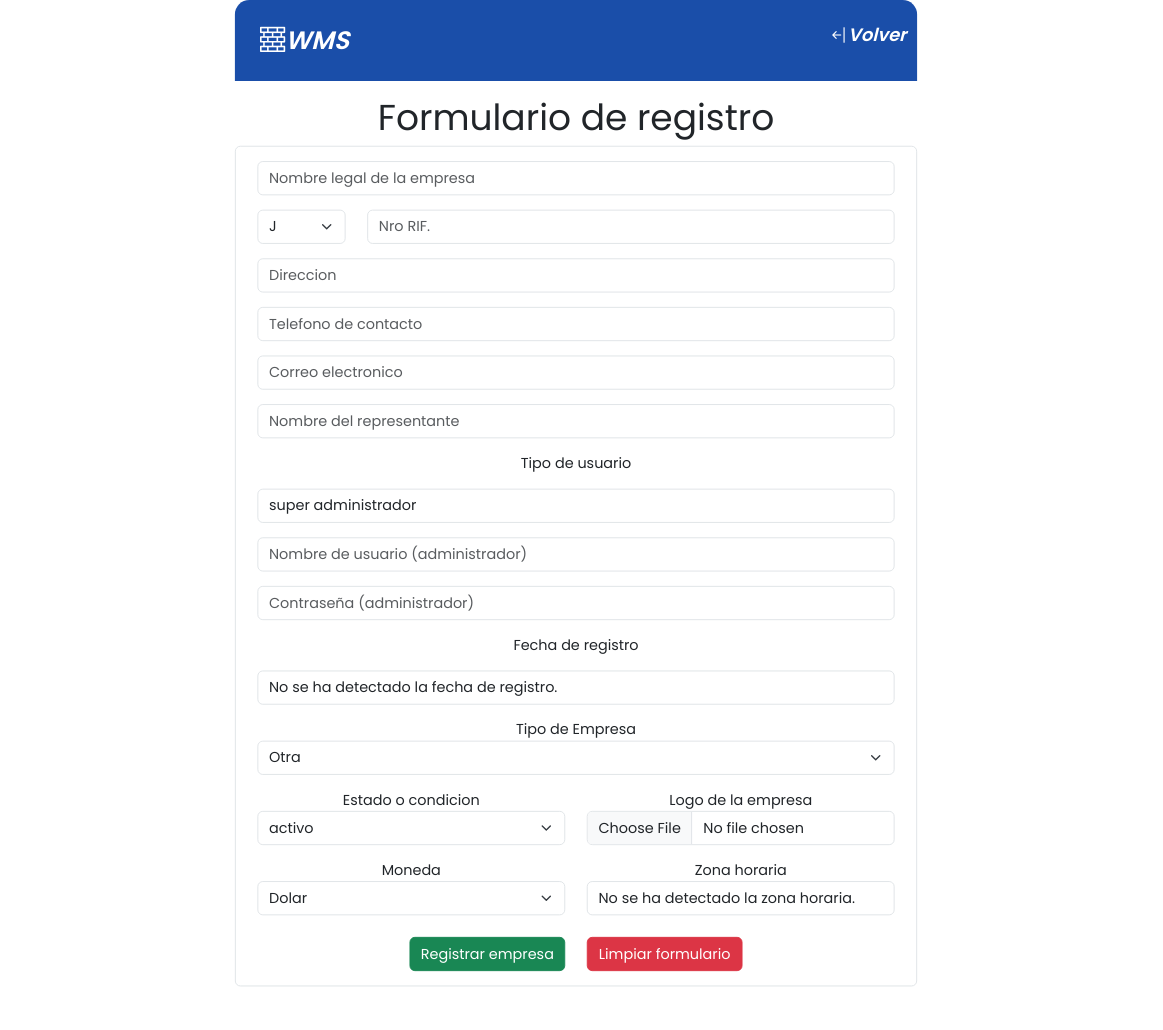
Repository: Rafa-x64/Gestion_inventario_practica
Page: http://localhost/Gestion_inventario/index.php?page=registro-empresa
These files come from the project's save history. The page is drawn as it stood at one moment and after a run of saves; the edit follows.
The browser window is 1280 px wide. The page is 1280 px wide, then 1292 px, so the pictures cover 1292 px, including what lies to the right of the window. The pictures show the whole page, at 90% of full size.
The page is run by PHP 8.4 with error messages shown; the project is at /var/www/html/.

Above is the page before, as saved 2025-08-07 13:57:29.

### index.php
<?php
require_once "config/app.php";
require_once "controller/vistaC.php";

$controlador = new vistaC();
$controlador->cargarVista();

### config/app.php
<?php

const SERVERURL = "http://localhost/Gestion_inventario/";

const NOMBRE_APLICACION = "WMS";

const MONEDA = ["bolivar" => "Bs.", "dolar" => "$", "euro" => "€"];

date_default_timezone_set("America/Caracas");

### controller/vistaC.php
<?php
require_once("./model/vistaM.php"); //debe incluir el codigo del modelo

class vistaC extends vistaM //extiende del modelo para usar sus metodos
{

    public function cargarVista() //funcion que carga la vista segun la url que se obtiene como parametro
    {
        if (isset($_GET["page"])) { //page es el parametro especificado en .htaccess
            $vista = self::obtenerVista($_GET["page"]); //se asigna esa url a vista si esta establecido
        } else {
            $vista = "inicio-view.php"; //se muestra el inicio si no esta establecido el parametro en la url
        }

        require("view/plantilla.php"); //se requiere la plantilla para poder mostrar esa vista
    }
}

### model/vistaM.php
<?php

class vistaM
{
    //metodo que obtiene la vista que se le asigna en $pagina
    protected static function obtenerVista($pagina) //recive una variable pagina
    {
        //lista de paginas del proyecto
        $paginas_existentes = ["404", "inicio-sesion", "inicio", "registro-empresa", "dashboard-admin", "dashboard-empleado-admin", "dashboard-empleado-vendedor", "añadir-empleado"]; //lista de paginas del proyecto

        if (!in_array($pagina, $paginas_existentes)) { //si no esta en el array entonces...
            return "404-view.php"; //pagina de 404
            exit();
        }

        return $pagina . "-view.php"; //retorna $pagina-view para ser abierta por el controlador si esa pagina existe en la lista
    }
}

### view/plantilla.php
    <?php

    //aqui se ejecuta la vista y se muestran los includes si la pagina cumple cierta condicion
    include_once("./model/mainModel.php");

    session_start();

    $rol = null;
    if (isset($_SESSION["ROL"]) && is_string($_SESSION["ROL"])) {
        $rol = mainModel::desencriptar_dato($_SESSION["ROL"]);
    }

    // Listado de vistas que NO deben incluir ningún header
    $vistas_sin_header = [
        "404-view.php",
        "inicio-sesion-view.php",
        "registro-empresa-view.php",
        "inicio-view.php"
    ];

    include("view/includes/links.php");

    // Verifica si la vista actual está entre las que no llevan header
    if (in_array($vista, $vistas_sin_header)) {
        include("php/" . $vista);
    } else {
        // Header según rol
        switch ($rol) {
            case "super administrador":
                require("view/includes/header-admin.php");
                break;
            case "empleado administrador":
                require("view/includes/header-empleado-admin.php");
                break;
            case "empleado vendedor":
                require("view/includes/header-empleado-vendedor.php");
                break;
            default:
                // Opcional: header genérico o sin header
                break;
        }

        include("php/" . $vista);
        require("view/includes/footer.html");
    }

    include("view/includes/scripts.php");
    ?>

### model/mainModel.php
<?php

include_once("./config/server.php");

class mainModel
{

    //--------------------conexion a la base de datos-------------------------
    protected static function conectar_base_datos()
    {
        try {
            $con = new PDO(SGBD, USUARIO, CONSTRASEÑA, [
                PDO::ATTR_ERRMODE => PDO::ERRMODE_EXCEPTION,
                PDO::ATTR_DEFAULT_FETCH_MODE => PDO::FETCH_ASSOC,
                PDO::MYSQL_ATTR_INIT_COMMAND => "SET NAMES 'utf8' COLLATE 'utf8_spanish_ci'"
            ]);
            return $con;
        } catch (PDOException $e) {
            echo $e->getMessage();
        }
    }

    //--------------------hacer una consulta simple-------------------------
    protected static function consulta($sentenciaSQL)
    {
        if (!is_string($sentenciaSQL)) {
            throw new InvalidArgumentException("el parametro debe ser un string");
        }

        $operacion = self::conectar_base_datos()->prepare($sentenciaSQL);
        $operacion->execute();
        return $operacion;
    }

    //------------------desencriptar la matriz sesion---------------------
    protected static function desencriptar_sesion()
    {
        //desencriptar datos de la sesion en el controlador del dashboard para poder mostrar los datos del usuario
        $datos = self::desencriptar_varios_datos($_SESSION);
        return $datos;
    }

    //----------------hashear una contraseña------------------------
    protected static function hashear_contraseña($contraseña): string
    {
        if (!is_string($contraseña)) {
            throw new InvalidArgumentException("el parametro debe ser un string");
        }

        $options = ["cost" => 12];
        $contraseña = password_hash($contraseña, PASSWORD_DEFAULT, $options);

        return $contraseña;
    }

    //--------validar si una contraseña coincide con la de la base de datos----------
    protected static function verificar_contraseña($contraseña, $contraseña_hasheada): bool
    {
        if (!is_string($contraseña)) {
            throw new InvalidArgumentException("el parametro debe ser un string");
        }

        if (password_verify($contraseña, $contraseña_hasheada) == true) {
            return true; //contraseña valida
        } else {
            return false; //contraseña incorrecta
        };
    }

    //----------------encriptar varios datos------------------------
    protected static function encriptar_varios_datos($datos): array
    {
        if (!is_array($datos)) {
            throw new InvalidArgumentException("el parametro debe ser un array asociativo");
        }

        $resultado = [];

        foreach ($datos as $key => $value) {
            $valor_encriptado = self::encriptar_dato($value);
            $resultado[$key] = $valor_encriptado;
        }

        return $resultado;
    }

    //----------------desencriptar varios datos------------------------
    protected static function desencriptar_varios_datos($datos): array
    {
        if (!is_array($datos)) {
            throw new InvalidArgumentException("el parametro debe ser un array asociativo");
        }

        $resultado = [];

        foreach ($datos as $key => $value) {
            $valor_desencriptado = self::desencriptar_dato($value);
            $resultado[$key] = $valor_desencriptado;
        }

        return $resultado;
    }

    //----------------encriptar un dato------------------------
    protected static function encriptar_dato($dato)
    {
        if (!is_string($dato)) {
            throw new InvalidArgumentException("el parametro debe ser un string");
        }

        return openssl_encrypt($dato, METHOD, CLAVE, 0, IV);
    }

    //----------------desencriptar un dato------------------------
    public static function desencriptar_dato($dato)
    {
        if (!is_string($dato)) {
            throw new InvalidArgumentException("el parametro debe ser un string");
        }

        return openssl_decrypt($dato, METHOD, CLAVE, 0, IV);
    }
}

### config/server.php
<?php

const SGBD = "mysql:host=localhost;dbname=WMS";

const USUARIO = "root";

const CONSTRASEÑA = "";

const METHOD = "AES-256-CBC";

const CLAVE = "MiClaveUltraSecretaDe32CaracteresExactos";

const IV = "1234567891234567";

### view/includes/links.php
<!DOCTYPE html>
<html lang="en">

<head>
    <meta charset="UTF-8">
    <meta name="viewport" content="width=device-width, initial-scale=1.0">
    <title><?php echo NOMBRE_APLICACION; ?></title>
    <link href="https://cdn.jsdelivr.net/npm/bootstrap@5.3.7/dist/css/bootstrap.min.css" rel="stylesheet"
        integrity="sha384-LN+7fdVzj6u52u30Kp6M/trliBMCMKTyK833zpbD+pXdCLuTusPj697FH4R/5mcr" crossorigin="anonymous">
    <link rel="stylesheet" href="https://cdn.jsdelivr.net/npm/bootstrap-icons@1.10.5/font/bootstrap-icons.css">
    <link rel="stylesheet" href="<?php echo SERVERURL ?>view/css/bordes.css">
    <link rel="stylesheet" href="<?php echo SERVERURL ?>view/css/inicio-view.css">
    <link rel="shortcut icon" href="<?php echo SERVERURL ?>view/images/bootstrap-fill.ico" type="image/x-icon">
    <link rel="stylesheet" href="<?php echo SERVERURL ?>view/css/registro-empresa-view.css">
    <link rel="stylesheet" href="<?= SERVERURL ?>view/css/header-admin.css">
    <link rel="stylesheet" href="<?= SERVERURL ?>view/css/footer.css">
    <link rel="stylesheet" href="<?= SERVERURL ?>view/css/añadir-empleado-view.css">
</head>

<body>

### controller/registroEmpresaC.php
<?php


include_once("./model/mainModel.php");
include_once("./model/empresaM.php");


class registroEmpresaC extends mainModel
{
    //---------------------obtener formulario desde la vista-------------------------
    public static function obtener_formulario($formulario, $imagen)
    {
        //obtener los datos de la matriz $_POST y $_FILES
        $id_empresa = self::generarIdEmpresa();
        $nombre_legal = $formulario['nombre_legal'];
        $rif = $formulario['prefijo'] . $formulario['rif'];
        $direccion = $formulario['direccion'];
        $contacto = $formulario['contacto'];
        $correo = $formulario['correo'];
        $nombre_representante = $formulario['nombre_representante'];
        $fecha_registro = $formulario['fecha_registro'];
        $estado_condicion = $formulario['estado_condicion'];
        $tipo_empresa = $formulario['tipo_empresa'];
        $logo = $imagen["logo"];
        $moneda = $formulario['moneda'];
        $zona_horaria = $formulario['zona_horaria'];
        $usuario_admin = $formulario['usuario_admin'];
        $contraseña = $formulario['contraseña_admin']; //contraseña sin hashear
        $contraseña_admin = parent::hashear_contraseña($contraseña); //contraseña hasheada

        //validar si la imagen se subio correctamente
        if ($logo['error'] === UPLOAD_ERR_OK) {
            $nombreFinal = uniqid('logo_') . '.' . pathinfo($logo['name'], PATHINFO_EXTENSION);
            $rutaDestino = __DIR__ . '/../uploads/logos/' . $nombreFinal;

            if (move_uploaded_file($logo['tmp_name'], $rutaDestino)) {
                // Éxito al mover el archivo
            } else {
                return;
            }
        } else {
            return;
        }

        //crear la instancia de la clase empresa
        $empresa = new empresaM(
            $id_empresa,
            $nombre_legal,
            $rif,
            $direccion,
            $contacto,
            $correo,
            $nombre_representante,
            $fecha_registro,
            $estado_condicion,
            $rutaDestino,
            $tipo_empresa,
            $moneda,
            $zona_horaria,
            $usuario_admin,
            $contraseña_admin
        );

        //regitrar empresa en la base de datos
        if ($empresa->registrar_empresa() == true) {
            self::guardar_datos_sesion($formulario);
            return true;
        } else {
            return false;
        };
    }

    //---------------zona horaria------------------
    public static function obtener_zona_horaria()
    {
        if (isset($_COOKIE['timezone'])) {
            $zona = $_COOKIE['timezone'];
            return $zona;
        } else {
            return "No se ha detectado la zona horaria.";
        }
    }

    //---------------fecha de registro------------------
    public static function obtener_feha_registro()
    {
        if (isset($_COOKIE['registro_hora'])) {
            $fecha = $_COOKIE['registro_hora'];
            return $fecha;
        } else {
            return "No se ha detectado la fecha de registro.";
        }
    }

    //-------------genera un id unico para la empresa----------------
    private static function generarIdEmpresa()
    {
        return uniqid("EMP_");
    }

    //-------------guarda los datos hasheados del formulario en la sesion----------------
    private static function guardar_datos_sesion($formulario)
    {
        foreach ($formulario as $key => $value) {
            $valor_encriptado = parent::encriptar_dato($value);
            $_SESSION[$key] = $valor_encriptado;
        }
    }
}

### model/empresaM.php
<?php

include_once("./model/mainModel.php");

class empresaM extends mainModel
{
    //inicializacion de los atributos de la clase empresa
    private $id_empresa = "";
    private $nombre_legal = "";
    private $rif = "";
    private $direccion = "";
    private $contacto = "";
    private $correo = "";
    private $nombre_representante = "";
    private $fecha_registro = "";
    private $estado_condicion = "";
    private $ruta_logo = "";
    private $tipo_empresa = "";
    private $moneda = "";
    private $zona_horaria = "";
    private $usuario_admin = "";
    private $contraseña_admin = "";
    const ROL = "super administrador";

    //constructor de la clase empresa
    public function __construct(
        $id_empresa,
        $nombre_legal,
        $rif,
        $direccion,
        $contacto,
        $correo,
        $nombre_representante,
        $fecha_registro,
        $estado_condicion,
        $ruta_logo,
        $tipo_empresa,
        $moneda,
        $zona_horaria,
        $usuario_admin,
        $contraseña_admin
    ) {
        $this->id_empresa = $id_empresa;
        $this->nombre_legal = $nombre_legal;
        $this->rif = $rif;
        $this->direccion = $direccion;
        $this->contacto = $contacto;
        $this->correo = $correo;
        $this->nombre_representante = $nombre_representante;
        $this->fecha_registro = $fecha_registro;
        $this->estado_condicion = $estado_condicion;
        $this->ruta_logo = $ruta_logo;
        $this->tipo_empresa = $tipo_empresa;
        $this->moneda = $moneda;
        $this->zona_horaria = $zona_horaria;
        $this->usuario_admin = $usuario_admin;
        $this->contraseña_admin = $contraseña_admin;
    }

    //--------------metodo para registrar una empresa en la base de datos------------------
    public function registrar_empresa()
    {
        try {
            $registrar = self::conectar_base_datos();
            $registrar_empresa = $registrar->prepare("INSERT INTO empresas
                (id_empresa,
                nombre_legal,
                rif,
                direccion,
                contacto,
                correo,
                nombre_representante,
                fecha_registro,
                estado_condicion,
                ruta_logo,
                tipo_empresa,
                moneda,
                zona_horaria,
                usuario_admin,
                contraseña_admin,
                ROL)
            values (?,?,?,?,?,?,?,?,?,?,?,?,?,?,?,?)");
            $registrar_empresa->execute([
                $this->id_empresa,
                $this->nombre_legal,
                $this->rif,
                $this->direccion,
                $this->contacto,
                $this->correo,
                $this->nombre_representante,
                $this->fecha_registro,
                $this->estado_condicion,
                $this->ruta_logo,
                $this->tipo_empresa,
                $this->moneda,
                $this->zona_horaria,
                $this->usuario_admin,
                $this->contraseña_admin,
                self::ROL
            ]);
            return true;
        } catch (PDOException $e) {
            echo $e->getMessage();
            return false;
        }
    }

    // ID Empresa
    public function getIdEmpresa()
    {
        return $this->id_empresa;
    }

    public function setIdEmpresa($id_empresa)
    {
        $this->id_empresa = $id_empresa;
    }

    // Nombre Legal

    public function getNombreLegal()
    {
        return $this->nombre_legal;
    }

    public function setNombreLegal($nombre_legal)
    {
        $this->nombre_legal = $nombre_legal;
    }


    // RIF
    public function getRif()
    {
        return $this->rif;
    }

    public function setRif($rif)
    {
        $this->rif = $rif;
    }


    // Dirección
    public function getDireccion()
    {
        return $this->direccion;
    }

    public function setDireccion($direccion)
    {
        $this->direccion = $direccion;
    }

    // Contacto
    public function getContacto()
    {
        return $this->contacto;
    }

    public function setContacto($contacto)
    {
        $this->contacto = $contacto;
    }

    // Correo
    public function getCorreo()
    {
        return $this->correo;
    }

    public function setCorreo($correo)
    {
        $this->correo = $correo;
    }

    // Nombre del representante
    public function getNombreRepresentante()
    {
        return $this->nombre_representante;
    }

    public function setNombreRepresentante($nombre_representante)
    {
        $this->nombre_representante = $nombre_representante;
    }

    // Fecha de registro
    public function getFechaRegistro()
    {
        return $this->fecha_registro;
    }

    public function setFechaRegistro($fecha_registro)
    {
        $this->fecha_registro = $fecha_registro;
    }

    // Estado de condición
    public function getEstadoCondicion()
    {
        return $this->estado_condicion;
    }

    public function setEstadoCondicion($estado_condicion)
    {
        $this->estado_condicion = $estado_condicion;
    }

    // Ruta del logo
    public function getRutaLogo()
    {
        return $this->ruta_logo;
    }

    public function setRutaLogo($ruta_logo)
    {
        $this->ruta_logo = $ruta_logo;
    }

    // Tipo de empresa
    public function getTipoEmpresa()
    {
        return $this->tipo_empresa;
    }

    public function setTipoEmpresa($tipo_empresa)
    {
        $this->tipo_empresa = $tipo_empresa;
    }

    // Moneda
    public function getMoneda()
    {
        return $this->moneda;
    }

    public function setMoneda($moneda)
    {
        $this->moneda = $moneda;
    }

    // Zona horaria
    public function getZonaHoraria()
    {
        return $this->zona_horaria;
    }

    public function setZonaHoraria($zona_horaria)
    {
        $this->zona_horaria = $zona_horaria;
    }

    // Usuario administrador
    public function getUsuarioAdmin()
    {
        return $this->usuario_admin;
    }

    public function setUsuarioAdmin($usuario_admin)
    {
        $this->usuario_admin = $usuario_admin;
    }

    // Contraseña administrador
    public function getContraseñaAdmin()
    {
        return $this->contraseña_admin;
    }

    public function setContraseñaAdmin($contraseña_admin)
    {
        $this->contraseña_admin = $contraseña_admin;
    }

    //ROL
    public function getROL()
    {
        return self::ROL;
    }

    //------------devolver un string con los datos de la clase---------------------
    public function __toString()
    {
        return "Id_empresa: {$this->id_empresa}, Empresa: {$this->nombre_legal}, RIF: {$this->rif}, Dirección: {$this->direccion}, Contacto: {$this->contacto}, Correo: {$this->correo}, Representante: {$this->nombre_representante}, Fecha de registro: {$this->fecha_registro}, Estado: {$this->estado_condicion}, Tipo: {$this->tipo_empresa}, Moneda: {$this->moneda}, Zona horaria: {$this->zona_horaria}, usuario_admin: {$this->usuario_admin}, contraseña_admin: {$this->contraseña_admin}, rol: " . self::ROL;
    }
}

### view/includes/scripts.php
</body>

<script src="https://cdn.jsdelivr.net/npm/bootstrap@5.3.7/dist/js/bootstrap.bundle.min.js"
    integrity="sha384-ndDqU0Gzau9qJ1lfW4pNLlhNTkCfHzAVBReH9diLvGRem5+R9g2FzA8ZGN954O5Q"
    crossorigin="anonymous">
</script>

</html>

### view/css/bordes.css
/*----------comentar para ocultar los bordes visibles--------------*/
/*[class*="col"],
[class*="row"],
[class*="section"] {
    border: 2px solid black;
}

[class*="container"] {
    border: 2px solid black;
}*/

### view/css/inicio-view.css
@import url('https://fonts.googleapis.com/css2?family=Poppins:wght@300;400;600&display=swap');

body {
    margin: 0;
    padding: 0;
    font-size: 1rem;
    font-weight: 600;
    font-family: 'Poppins', sans-serif;
}

#main {
    background-color: #e5eeff;
}

#barra-navegacion {
    background-color: #1a4ea9;
}

#eslogan {
    color: white;
}

#registro-sesion a {
    text-decoration: none;
    color: white;
    border-radius: 1rem;
}

#registro,
#inicio-sesion {
    border-radius: 1rem;
}



#conocenos h1 {
    color: #1a4ea9;
    font-size: 3.5rem;
    font-weight: bold;
}

#comparativa {
    position: relative;
    background-color: white;
    border-radius: 1rem;
    box-shadow: 0 4px 12px #c5d3e0;
}

.icono-superior {
    position: absolute;
    top: -25px;
    /* sobresale por arriba */
    right: -20px;
    /* sobresale por la izquierda */
    z-index: 9999;
}

#comparativa h1 {
    font-size: 2.5rem;
    font-weight: bold;
}

#comparativa i {
    color: #00923F !important;
}

#comparativa b {
    color: #1a4ea9;
}

@media screen and (max-width: 425px) {
    body {
        font-size: 0.7rem !important;
    }
}

### view/css/registro-empresa-view.css
input[type="text"] {
    width: 100%;
}

#top-bar {
    background-color: #1a4ea9;
    border-top-left-radius: 1rem;
    border-top-right-radius: 1rem;
}

a {
    text-decoration: none;
}

### view/css/header-admin.css
/* 🎨 Estilo general del offcanvas */
#menu-izquierdo {
    background-color: rgba(248, 249, 250, 0.8);
}

.offcanvas-header {
    background-color: white !important;
}

#lista-opciones-menu-izquierdo {
    list-style: none;
    padding-left: 1rem;
}

#lista-opciones-menu-izquierdo li {
    margin-top: 0px;
}

#lista-opciones-menu-izquierdo a {
    text-decoration: none;
    color: black;
}

### view/css/footer.css
footer {
    background-color: #e0efff;
    color: #056ec5;
}

### view/css/añadir-empleado-view.css
#informacion_personal,
#informacion_laboral,
#metrica_salarial,
#accesos_credenciales {
    border-top: 2px solid #d9d7d7;
}

#punto-rojo {
    padding: 0;
    margin: 0;
    height: 10px;
    display: flex;
    align-items: center;
    justify-content: center;
    padding-top: 3px;
}

@media(max-width: 425px) {

    #registro_empleado label,
    #registro_empleado input,
    #registro_empleado select,
    #registro_empleado textarea,
    #registro_empleado button {
        font-size: 0.7rem !important;
    }

    #registro_empleado small,
    #registro_empleado #bull {
        font-size: 0.5rem !important;
    }

    #registro_empleado h5 {
        font-size: 1rem !important;
    }
}

@media (min-width: 426px) and (max-width: 768px) {

    #registro_empleado p,
    #registro_empleado label,
    #registro_empleado input,
    small,
    #registro_empleado select,
    #registro_empleado textarea,
    #registro_empleado button {
        font-size: 0.85rem !important;
    }

    #registro_empleado h5 {
        font-size: 1.15rem !important;
    }
}

Loaded but not shown: view/php/registro-empresa-view.php (274 lines, source omitted)

After the next 13 saves:
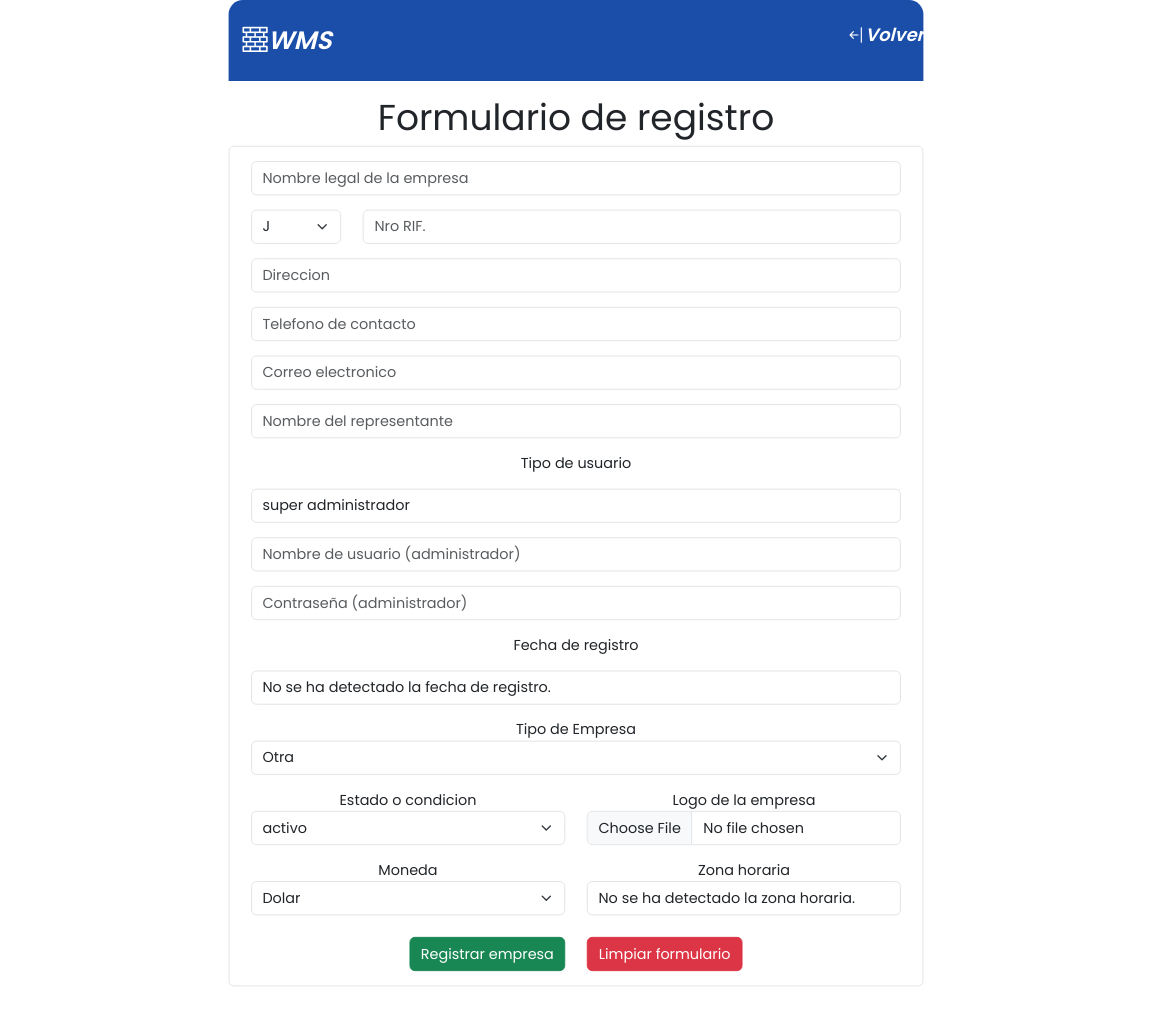
The 13 saves are shown as one change because they came seconds apart.
The last was saved 54 s later.
--- a/view/css/añadir-empleado-view.css
+++ b/view/css/añadir-empleado-view.css
@@ -3,6 +3,10 @@
 #metrica_salarial,
 #accesos_credenciales {
     border-top: 2px solid #d9d7d7;
+}
+
+.container-fluid {
+    padding: 0 !important;
 }
 
 #punto-rojo {
